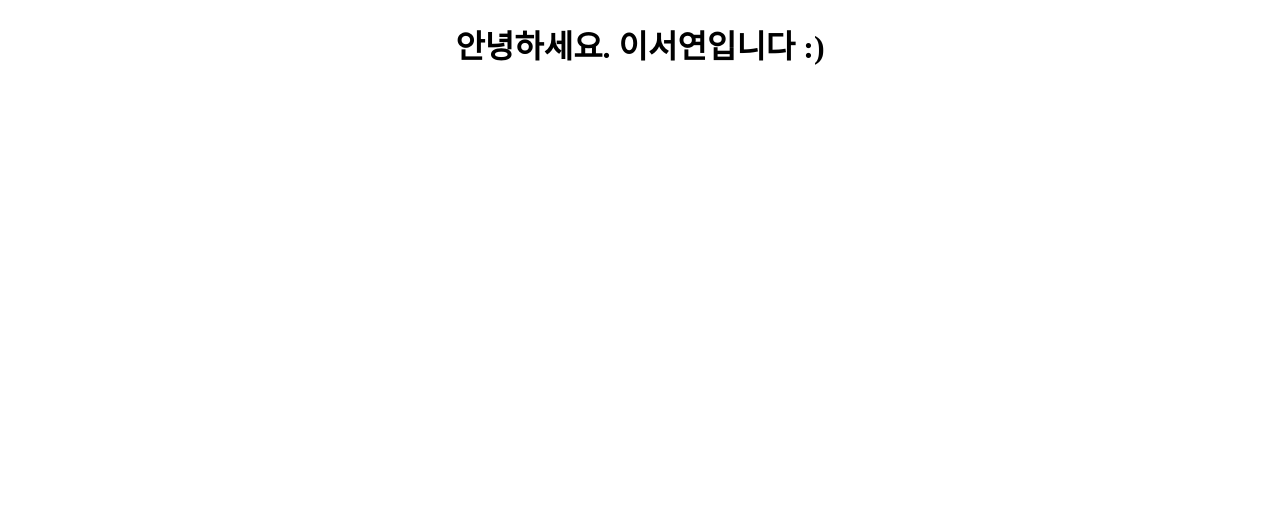
Repository: seoyeon0619/WebProgramming
Page: http://localhost/myhome1/자기소개.jsp
These files come from the project's save history. The page is drawn as it stood at one moment and after the next save; the edit follows.
The browser window is 1280 px wide. The pictures show the whole page.
Some web fonts or font styles are not loaded; a fallback is used. The page is served by Tomcat 9.

Above is the page before, as saved 2022-12-29 08:15:41.

### workspace1/myhome1/src/main/webapp/자기소개.jsp
<%@ page language="java" contentType="text/html; charset=UTF-8"
    pageEncoding="UTF-8"%>
<!DOCTYPE html>
<html>
<head>
<meta charset="UTF-8">
<title>Insert title here</title>
<link rel="preconnect" href="https://fonts.googleapis.com"><link rel="preconnect" href="https://fonts.gstatic.com" crossorigin>
<link href="https://fonts.googleapis.com/css2?family=Gaegu:wght@700&family=Rubik+Bubbles&display=swap" rel="stylesheet">
</head>
<body>
<style>
        body, h1, h2, h3, h4, h5, h6, p, span {
          font-family: 'Gaegu', cursive;
          text-align : center;
        }
        div {
        margin-top : 200px;
        }



</style>

	<h1>안녕하세요. <strong>이서연</strong>입니다 :) </h1>


</body>
</html>

After the next save:
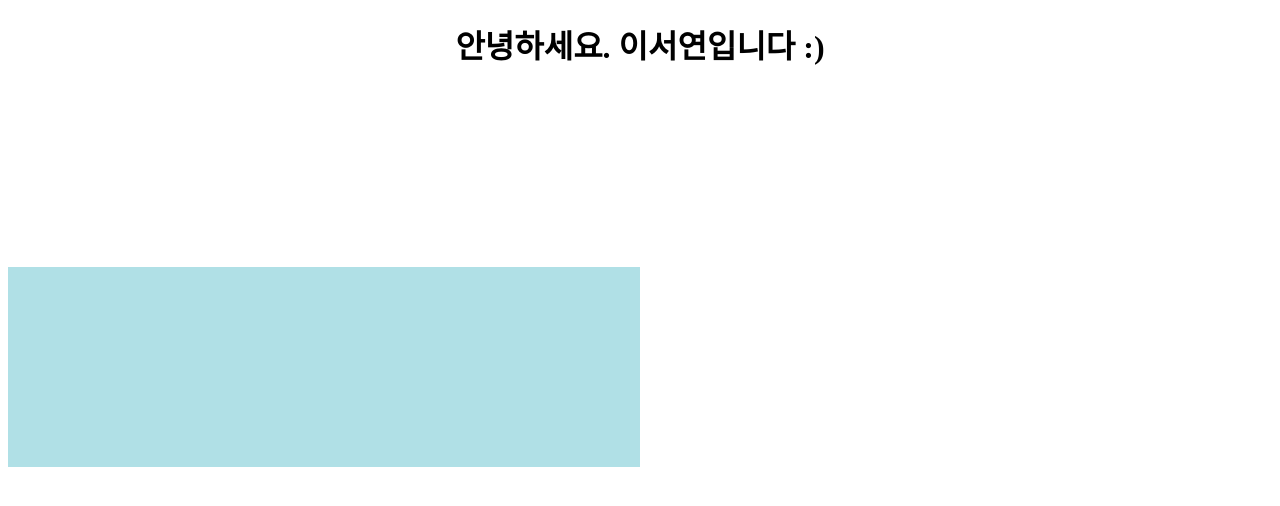
Saved 48 s later.
--- a/workspace1/myhome1/src/main/webapp/자기소개.jsp
+++ b/workspace1/myhome1/src/main/webapp/자기소개.jsp
@@ -15,7 +15,9 @@
           text-align : center;
         }
         div {
-        margin-top : 200px;
+        margin-top : 200px;	height: 200px;
+  		width: 50%;
+  		background-color: powderblue;
         }
 
 
@@ -24,6 +26,10 @@
 
 	<h1>안녕하세요. <strong>이서연</strong>입니다 :) </h1>
 
+<div>
+
+</div>
+
 
 </body>
 </html>
